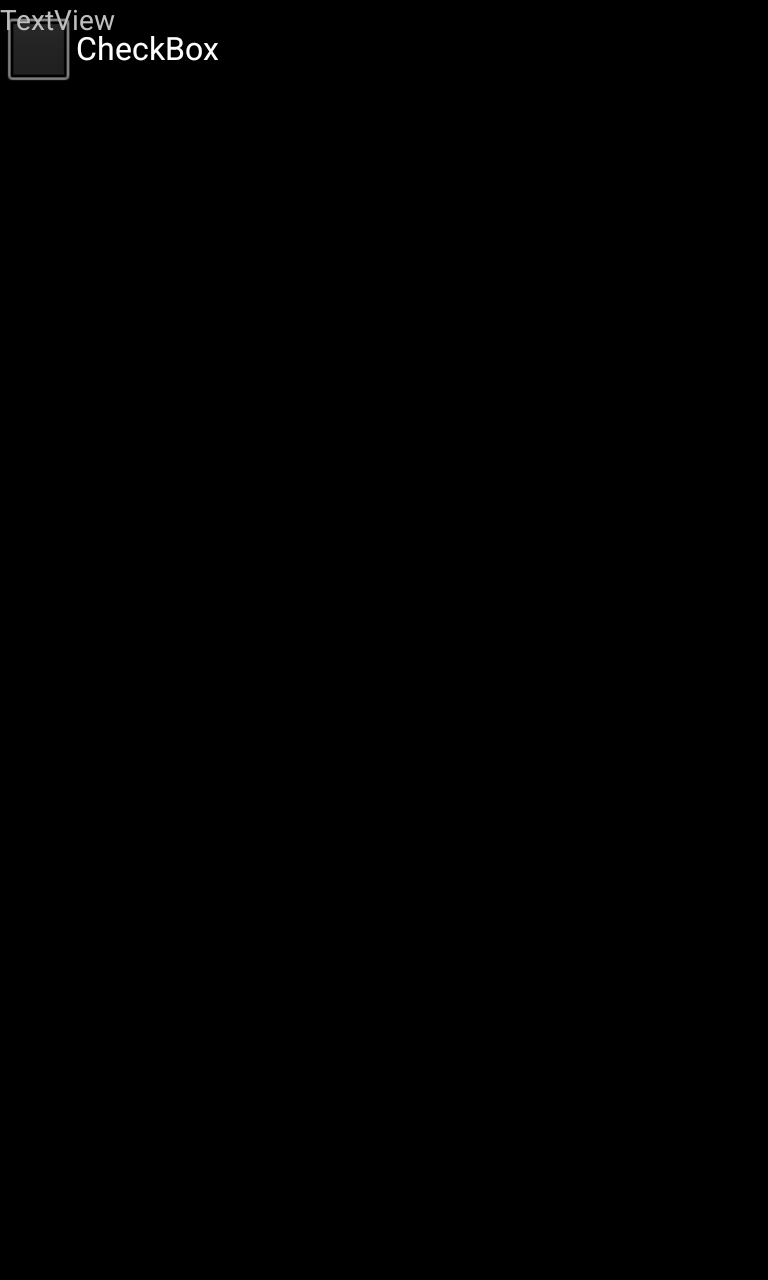
Repository: samis38/lonelyTwitter
Layout: libs/workspace/listshow/res/layout/sl.xml
An editor plug-in stored every save of this project. The layout is shown before and after the next save, followed by the edit.
It is drawn on a 768 x 1280 px phone screen (xhdpi) without system bars, with theme android:Theme; the app's code is not run.

Above is the layout before, as saved 2014-09-22 23:06:15.

After the next save:
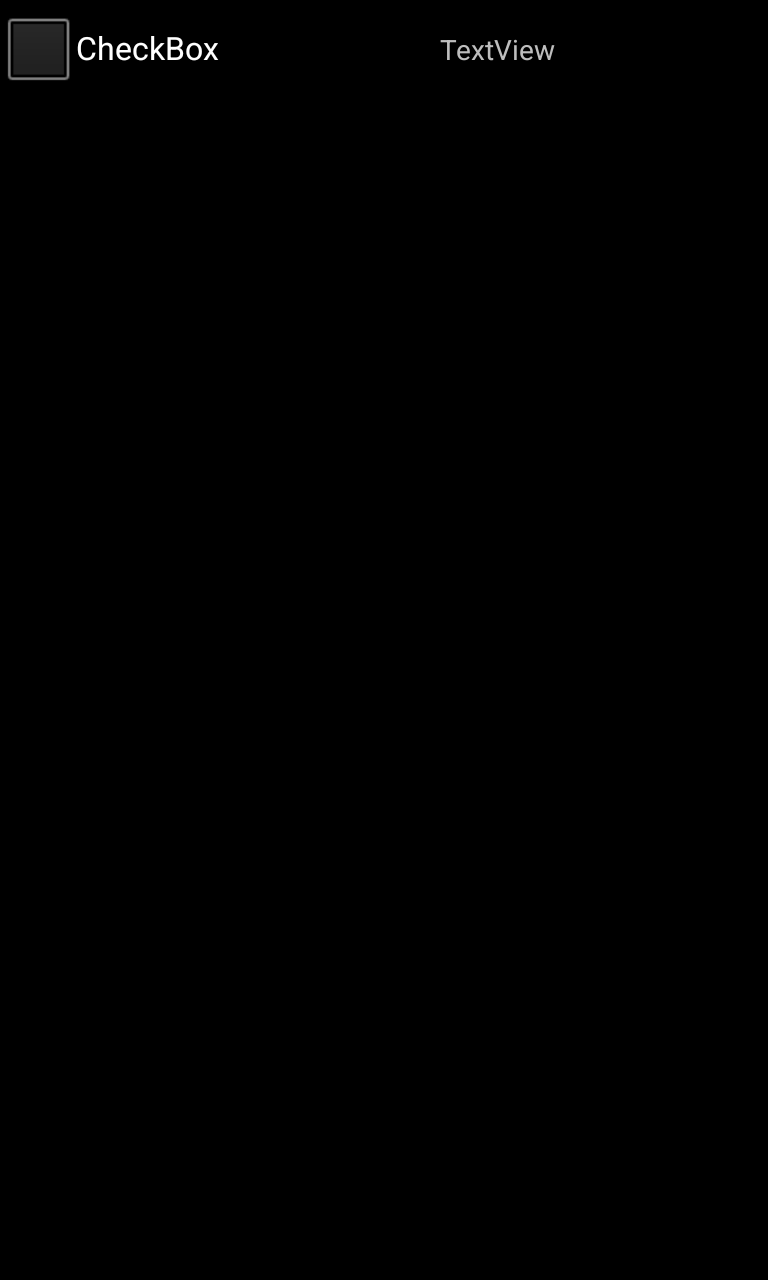
Saved 14 s later.
--- a/libs/workspace/listshow/res/layout/sl.xml
+++ b/libs/workspace/listshow/res/layout/sl.xml
@@ -14,6 +14,10 @@
         android:id="@+id/textView1"
         android:layout_width="124dp"
         android:layout_height="wrap_content"
+        android:layout_alignBaseline="@+id/checkBox1"
+        android:layout_alignBottom="@+id/checkBox1"
+        android:layout_alignParentRight="true"
+        android:layout_marginRight="40dp"
         android:layout_weight="0.00"
         android:text="TextView" />
 
